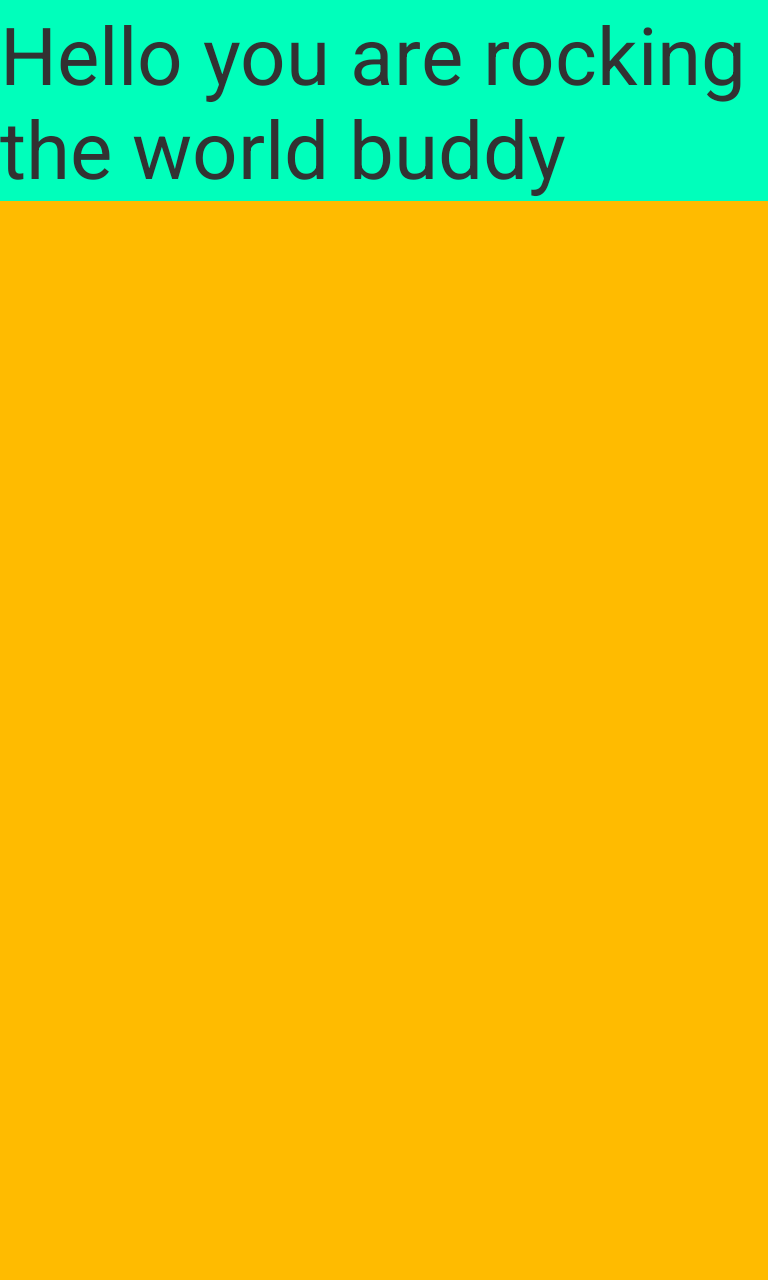
Repository: Sandesh-gowda/AndroidBeginners
Layout: ADTFragment/res/layout/my_frag_layout.xml
The author's editor kept a copy of each file at every save. The layout is drawn from the files as they stood at one save, then again after the next save.
It is drawn on a 768 x 1280 px phone screen (xhdpi) without system bars, with theme AppTheme; the app's code is not run.

Above is the layout before, as saved 2015-01-27 06:26:34.

After the next save:
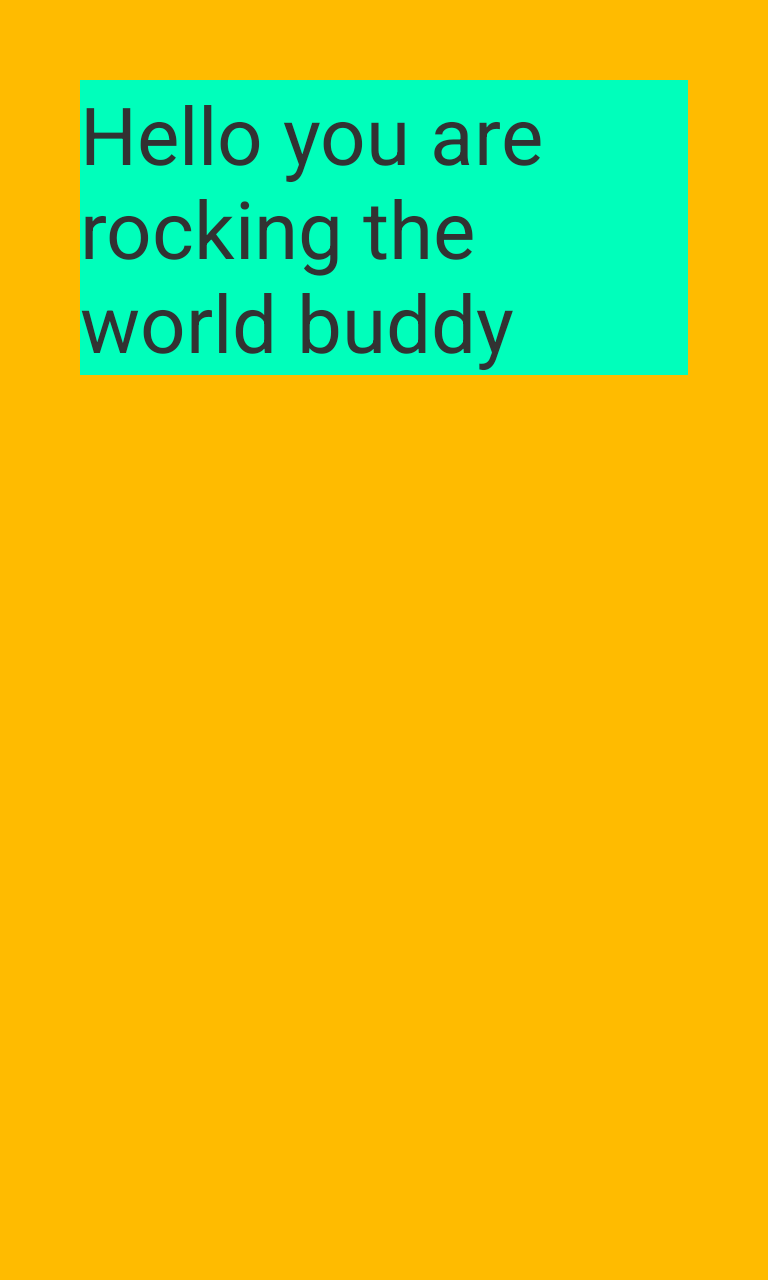
Saved 21 s later.
--- a/ADTFragment/res/layout/my_frag_layout.xml
+++ b/ADTFragment/res/layout/my_frag_layout.xml
@@ -7,6 +7,7 @@
 
     <TextView
         android:id="@+id/textView1"
+        android:layout_margin="40dp"
         android:layout_width="wrap_content"
         android:layout_height="wrap_content"
         android:background="#00FFBB"
